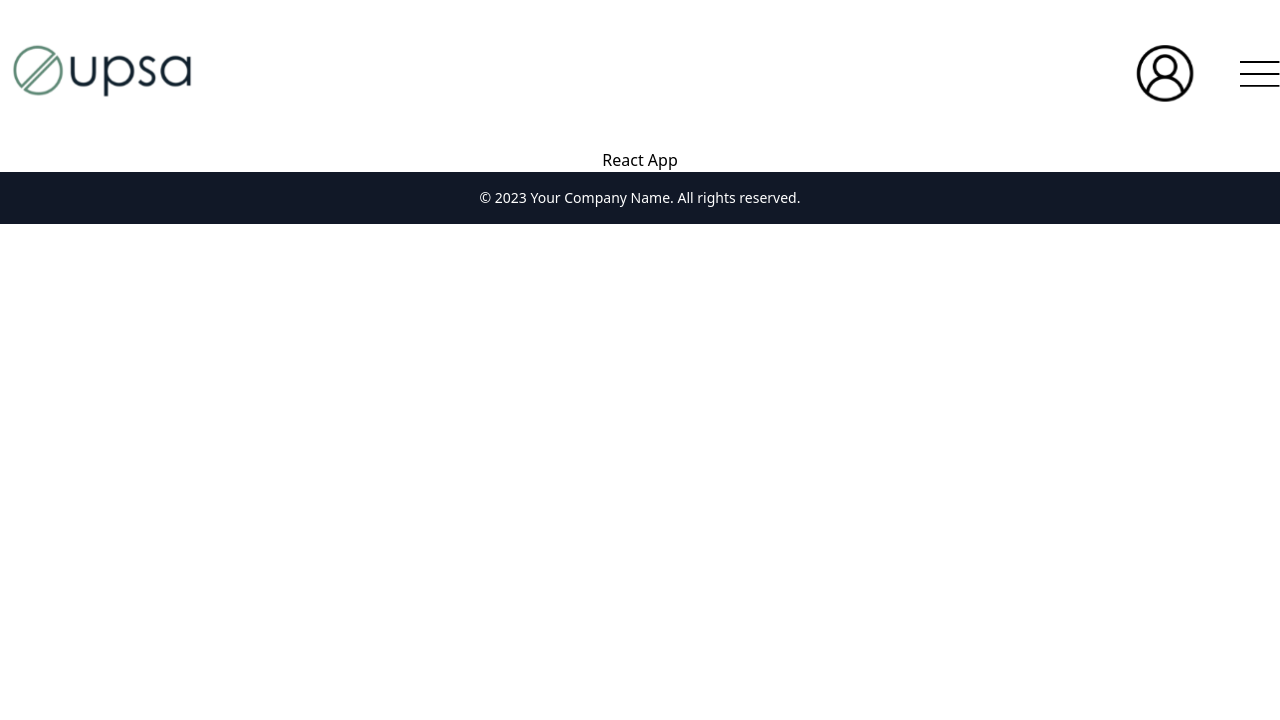
Repository: Alina-Khmilevska/UPSA-React
Page: /
These files come from the project's save history. The page is drawn as it stood at one moment and after the next save; the edit follows.
The browser window is 1280 px wide. The pictures show the whole page.
The project was rebuilt for these pictures with package versions that can differ from the ones it lists, and the page was loaded fresh each time.

Above is the page before, as saved 2023-09-26 16:25:49.

### src/App.js
import './App.css';
import Footer from './components/footer/Footer';
import Header from './components/header/Header';

export default function App() {
  return (
    <div className="App">
      <Header />
      <main>
        <h1>React App</h1>
      </main>
      <Footer />
    </div>
  )
}

### src/components/footer/Footer.jsx
import React from "react";

const Footer = () => {
  return (
    <footer className="bg-gray-900 text-white py-4">
      <div className="container mx-auto">
        <div className="flex justify-center items-center">
          <p className="text-center text-sm">
            &copy; {new Date().getFullYear()} Your Company Name. All rights reserved.
          </p>
        </div>
      </div>
    </footer>
  );
};

export default Footer;

### src/components/header/Header.jsx
import React, { useState } from "react";
import Logo from "./logo/Logo";
import BurgerIcon from "./menu/burgermenu/icons/BurgerIcon";
import Account from "./menu/account/Account";
import Menu from "./menu/burgermenu/Menu";


const Header = () => {
  const [isMenuOpen, setIsMenuOpen] = useState(false);

  const handleMenuToggle = () => {
    setIsMenuOpen(!isMenuOpen);
  };

  const handleCloseMenu = () => {
    setIsMenuOpen(false);
  };
  return (
    <header className="bg-white font-inter">
      <div className="container mx-auto flex items-center justify-between">
        <Logo />
        <div className="flex items-center justify-between">
          <Account />
          <BurgerIcon onClick={handleMenuToggle} />
          <Menu isOpen={isMenuOpen} onClose={handleCloseMenu} />
        </div>
      </div>
    </header>
  );
};

export default Header;

### src/components/header/logo/Logo.jsx
// Logo.jsx
import React from "react";
import ReactLogo from "../../../assets/images/icons/logo.svg";

const Logo = () => {
  return (
    <div className="text-2xl font-bold">

      <a href="/">
        <img src={ReactLogo}
          alt="Logo" width={210} height={150} />
      </a>
    </div>
  );
};

export default Logo;

### src/components/header/menu/burgermenu/icons/BurgerIcon.jsx
// BurgerIcon.jsx
import React from "react";
import Icon from "../../../../../assets/images/icons/burgerIcon.svg";

const BurgerIcon = ({ onClick }) => {
  return (
    <div className="cursor-pointer" onClick={onClick}>
      <img
        src={Icon}
        alt="Burger Icon"
        width={40}
        height={40}
      />
    </div>
  );
};

export default BurgerIcon;

### src/components/header/menu/account/Account.jsx
// Account.jsx
import React from "react";
import Icon from "../../../../assets/images/icons/account.svg";

const Account = ({ onClick }) => {
  return (
    <div className="mr-10">
    <a className="cursor-pointer" href="#">
      <img
        src={Icon}
        alt="Account Icon"
        width={70}
        height={56}
      />
    </a>
    </div>
  );
};

export default Account;

### src/components/header/menu/burgermenu/Menu.jsx
// Menu.jsx
import React from "react";
import CloseIcon from "./icons/CloseIcon";
import SocialIcons from "../../../shared/icons/SocialIcons";
import "./Menu.css";
import LanguageIcons from "../../../shared/icons/LanguageIcons";

const Menu = ({ isOpen, onClose }) => {
    const menuStyle = {
        width: isOpen ? "50%" : "0",
        right: isOpen ? "0" : "-50%",
    };

    return (
        <div
            className="upsa-bg-grey h-full text-white fixed top-0 right-0 transition-all duration-300 ease-in-out px-20"
            style={menuStyle}
        >
            <CloseIcon onClick={onClose} />
            <ul className="mt-32 mr-4 text-4xl font-light leading-loose">
                <li>Проекти</li>
                <li>Події</li>
                <li>Стати членом асоціації</li>
                <li>EPSA -Student Science ward</li>
                <li>Контакти</li>
                <li>Support Ukraine</li>
            </ul>

            <button className="upsa-bg-button rounded-md px-12 py-1 mt-10">
                <a href="#" className="font-light">
                    Увійти як член управління
                </a>
            </button>
            <SocialIcons />


            <div className="flex flex-row justify-between mt-14">
                <a href="mailto:upsa@gmail.com" className="font-light">
                    upsa@gmail.com
                </a>
                <LanguageIcons />
            </div>
        </div>
    );
};

export default Menu;

### src/components/header/menu/burgermenu/icons/CloseIcon.jsx
import React from "react";
import Icon from "../../../../../assets/images/icons/close.svg";

const CloseIcon = ({ onClick }) => {
  return (
    <button className="absolute top-10 right-10" onClick={onClick}>
      <img
        src={Icon}
        alt="Close Icon"
        width={50}
        height={50}
      />
    </button>
  );
};

export default CloseIcon;

### src/components/shared/icons/SocialIcons.jsx
import React from "react";
import Ellipse from "../../../assets/images/icons/tmp/ellipse.svg";

const SocialIcons = () => {
    return (
        <div className="flex justify-start mt-14">
            <div className="pr-2">
                <img
                    src={Ellipse}
                    alt="Ellipse"
                    width={60}
                    height={60}
                />
            </div>
            <div className="px-2">
                <img
                    src={Ellipse}
                    alt="Ellipse"
                    width={60}
                    height={60}
                />
            </div>
            <div className="px-2">
                <img
                    src={Ellipse}
                    alt="Ellipse"
                    width={60}
                    height={60}
                />
            </div>
            <div className="px-2">
                <img
                    src={Ellipse}
                    alt="Ellipse"
                    width={60}
                    height={60}
                />
            </div>
            <div className="px-2">
                <img
                    src={Ellipse}
                    alt="Ellipse"
                    width={60}
                    height={60}
                />
            </div>
            <div className="px-2">
                <img
                    src={Ellipse}
                    alt="Ellipse"
                    width={60}
                    height={60}
                />
            </div>
            <div className="px-2">
                <img
                    src={Ellipse}
                    alt="Ellipse"
                    width={60}
                    height={60}
                />
            </div>

        </div>
    );
};

export default SocialIcons;

### src/components/header/menu/burgermenu/Menu.css
.upsa-bg-grey {
    background-color: #818181;
}
.upsa-bg-button {
    background-color: #4A4948;
}

### src/components/shared/icons/LanguageIcons.jsx
import React from "react";
import Ellipse from "../../../assets/images/icons/tmp/ellipse.svg";

const LanguageIcons = () => {
    return (
        <div className="flex flex-row">
            <div className="px-2">
                <img src={Ellipse} alt="Ellipse" width={50} height={50} />
            </div>
            <img src={Ellipse} alt="Ellipse" width={50} height={50} />
        </div>
    );
};

export default LanguageIcons;

Loaded but not shown: public/index.html (common file); src/index.js (common file); src/index.css (common file); src/reportWebVitals.js (common file); src/App.css (common file); tailwind.config.js (common file)

After the next save:
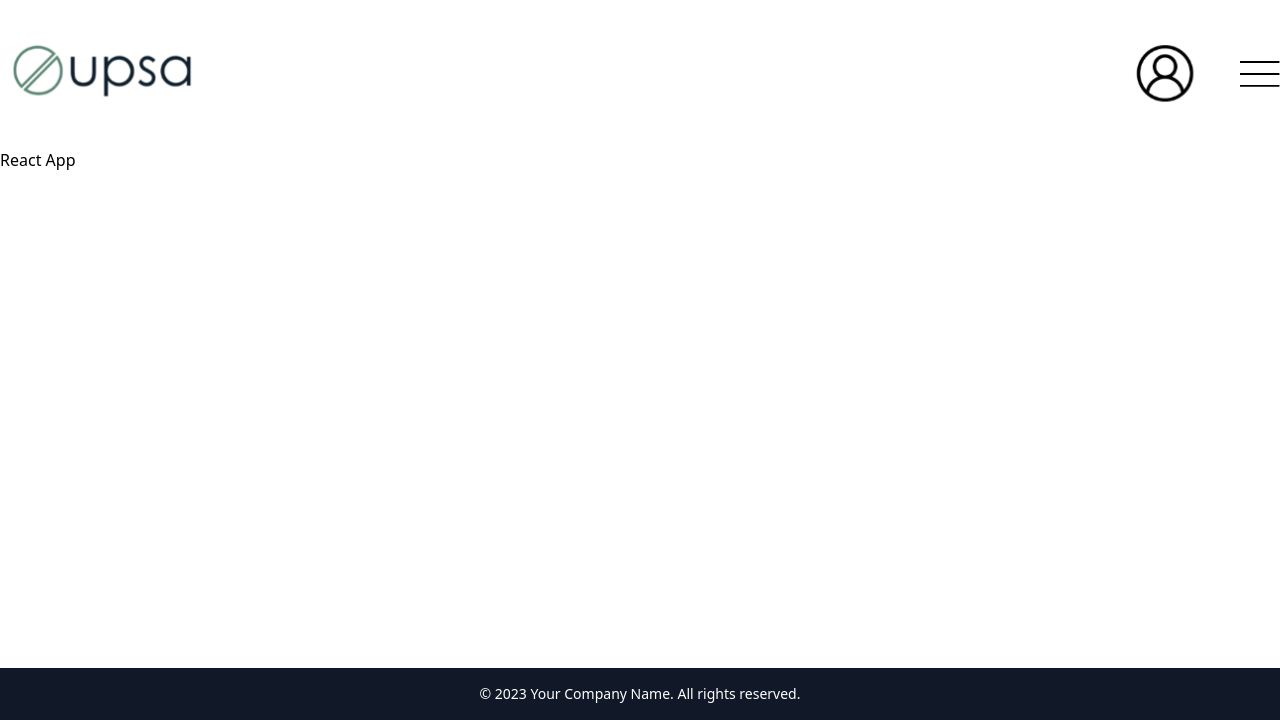
Saved 111 s later.
--- a/src/App.js
+++ b/src/App.js
@@ -4,12 +4,12 @@
 
 export default function App() {
   return (
-    <div className="App">
+    <div className="flex flex-col min-h-screen">
       <Header />
-      <main>
+      <main className="flex-1">
         <h1>React App</h1>
       </main>
-      <Footer />
+      <Footer className="mt-auto" />
     </div>
   )
 }
